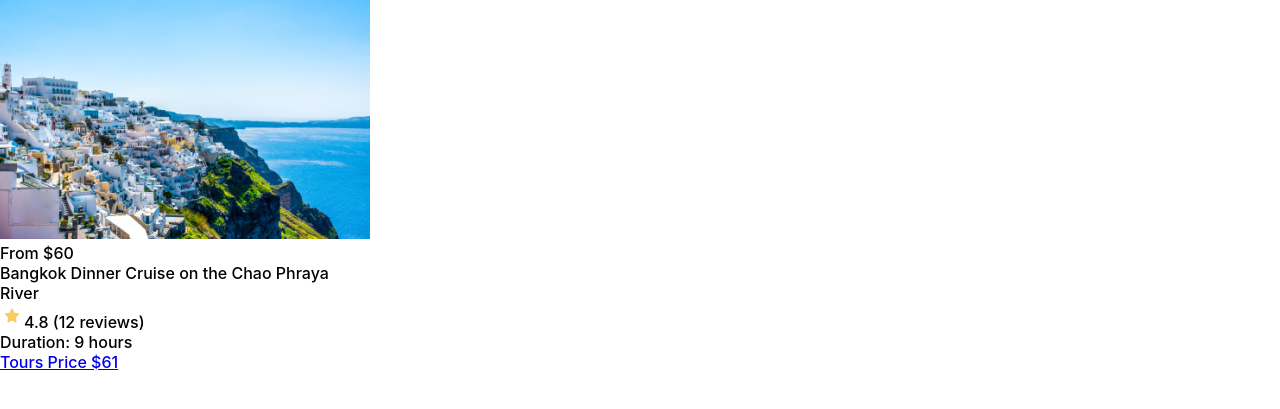
Repository: nguyentuankiet-k61/K_IT-demo
Page: index.html
The author's editor kept a copy of each file at every save. The page is drawn from the files as they stood at one save, then again after the next save.
The browser window is 1280 px wide. The pictures show the whole page.
Some web fonts or font styles are not loaded; a fallback is used.

Above is the page before, as saved 2022-09-25 12:04:24.

### index.html
<!DOCTYPE html>
<html lang="en">
<head>
    <meta charset="UTF-8">
    <meta http-equiv="X-UA-Compatible" content="IE=edge">
    <meta name="viewport" content="width=device-width, initial-scale=1.0">
    <title>HTML CSS Master</title>
    <link rel = "preconnect" href = "https://fonts.googleapis.com">
    <link rel = "preconnect" href = "https://fonts.gstatic.com" crossorigin>
    <link href = "https: //fonts.googleapis.com/css2? family = Inter: wght @ 500; 600 & display = swap "rel =" stylesheet ">
    <link rel="stylesheet" href="./CSS/app.css">
</head>
<body>
 <div class="">
    <div class="Tours">
        <!-- <div class="Tours_top">
            <img src="./image/img1.png" alt="this_is_image"/>From $40
        </div>
        <div class="Tours_content">

            <div class="Tours_titlle">Thailands Ayutthaya Temples
                Cruise from Bangkok</div>

            <div class="Tours_ratting">
                <div class="Tours_review">
                    <div class="Tours_review_count">
                        <img src="./image/img-star.png" alt="tours-ratting"/>4.8 (12 reviews)
                    </div>
                    <div class="Tours_Duration">Duration: 9 hours</div>
                </div>
            </div>
            <a href="https://www.facebook.com/kutooo" target="_blank"
            rel="noopener noreferrer" class="Tours-botton">Tours Price $61</a></br>
        <div class="Tours_top">
            <img src="./image/img1.png" alt="this_is_image"/>From $70
        </div>
        <div class="Tours_content">
            <div class="Tours_titlle">
                FLoating Markets Day Trip from
                Bangkok
            </div>
            <div class="Tours_ratting">
                <div class="Tours_review_count">
                    <img src="./image/img-star.png" alt="tours-ratting"/>4.8 (12 reviews)

                </div>
                <div class="Tours_Duration">
                    Duration: 9 hours
                </div>
            </div>
            <a href="https://www.facebook.com/kutooo" target="_blank"
            rel="noopener noreferrer"
            class="Tours_botton">Tours Price $61</a></br>
        </div>
        </div> -->
        <div class="Tours_top">
            <img src="./image/img3.png" alt="this_is_image"/>From $60
             <div class="Tours_content">
                <div class="Tours_titlle">
                    Bangkok Dinner Cruise on the
                    Chao Phraya River
                </div>
                <div class="Tours_ratting">
                    <div class="Tours_review_count">
                        <img src="./image/img-star.png" alt="tours-ratting"/>4.8 (12 reviews)

                    </div>
                    <div class="Tours_Ducatiom">
                        Duration: 9 hours
                    </div>
                </div>
               <a href="https://www.facebook.com/kutooo" target="_blank"
               rel="noopener noreferrer"
               class="Tours_botton">Tours Price $61</a>
            </div>
        </div>
    </div>
 </div>
</body>
</html>

### CSS/app.css
*{
    margin: 0;
    padding: 0;
}
body{
    font-family: 'Inter', sans-serif;
    font-weight: 500;
}
.Tours{
    width: 370px;
    height: 420px;
}

After the next save:
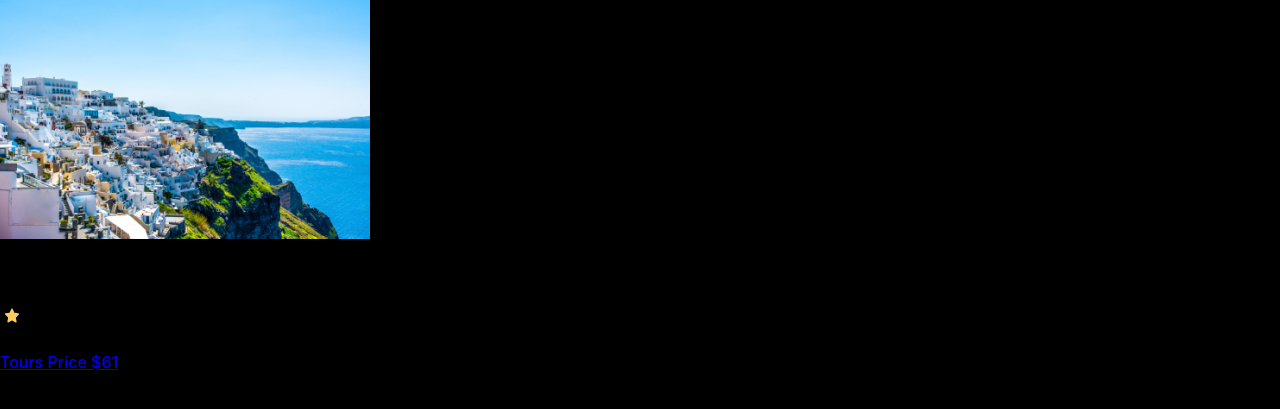
Saved 12 min 48 s later.
--- a/CSS/app.css
+++ b/CSS/app.css
@@ -1,10 +1,12 @@
 *{
     margin: 0;
     padding: 0;
+    box-sizing: border-box;
 }
 body{
     font-family: 'Inter', sans-serif;
     font-weight: 500;
+    background-color: black;
 }
 .Tours{
     width: 370px;

After the save that followed:
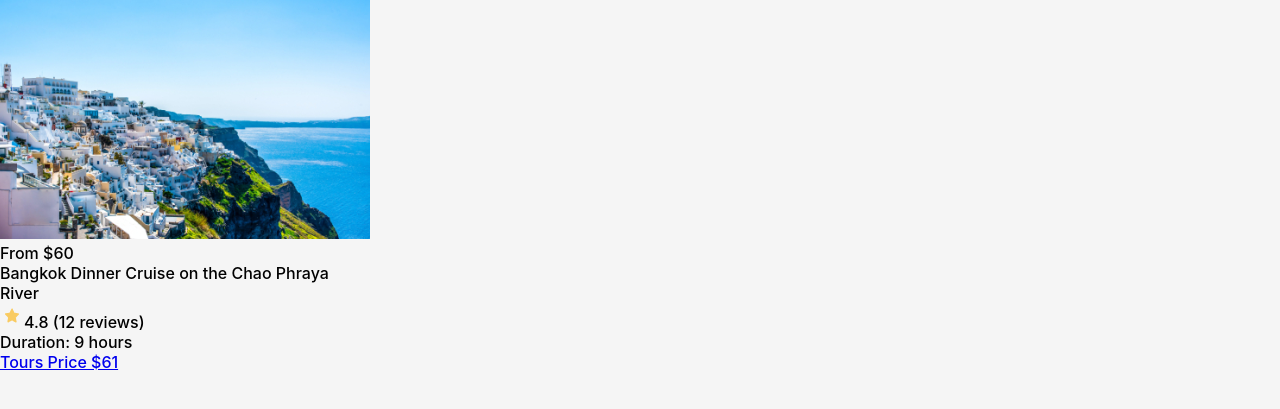
Saved 16 s later.
--- a/CSS/app.css
+++ b/CSS/app.css
@@ -6,7 +6,7 @@
 body{
     font-family: 'Inter', sans-serif;
     font-weight: 500;
-    background-color: black;
+    background-color: #f5f5f5;
 }
 .Tours{
     width: 370px;
